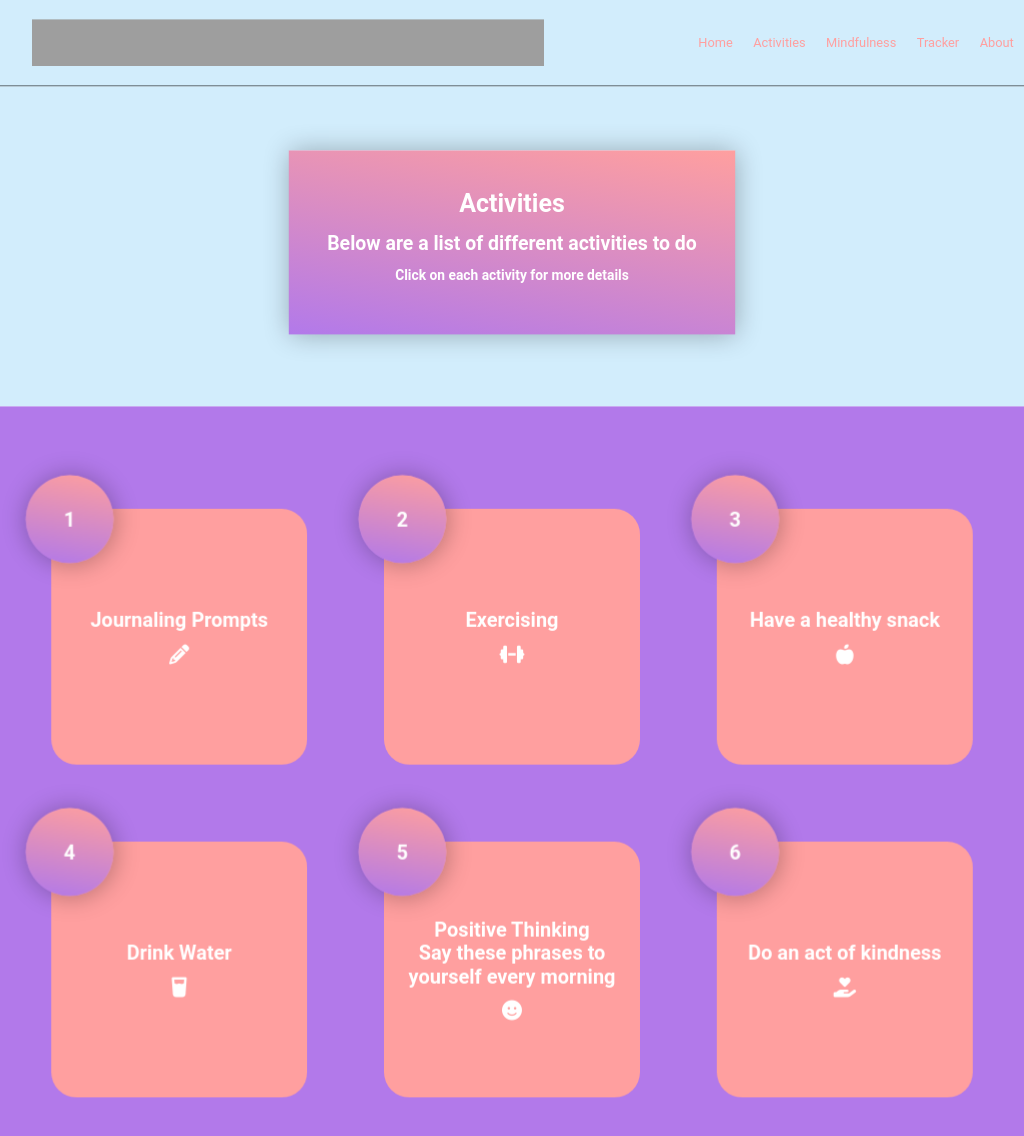
Repository: Nafisa-Huda/HealthierMind
Page: public/activities.html
These files come from the project's save history. The page is drawn as it stood at one moment and after the next save; the edit follows.
The browser window is 1280 px wide. The pictures show the whole page, at 80% of full size.
Pictures or frames that could not be fetched are drawn as grey boxes. Some web libraries are served in a nearby version.

Above is the page before, as saved 2022-07-13 15:10:57.

After the next save:
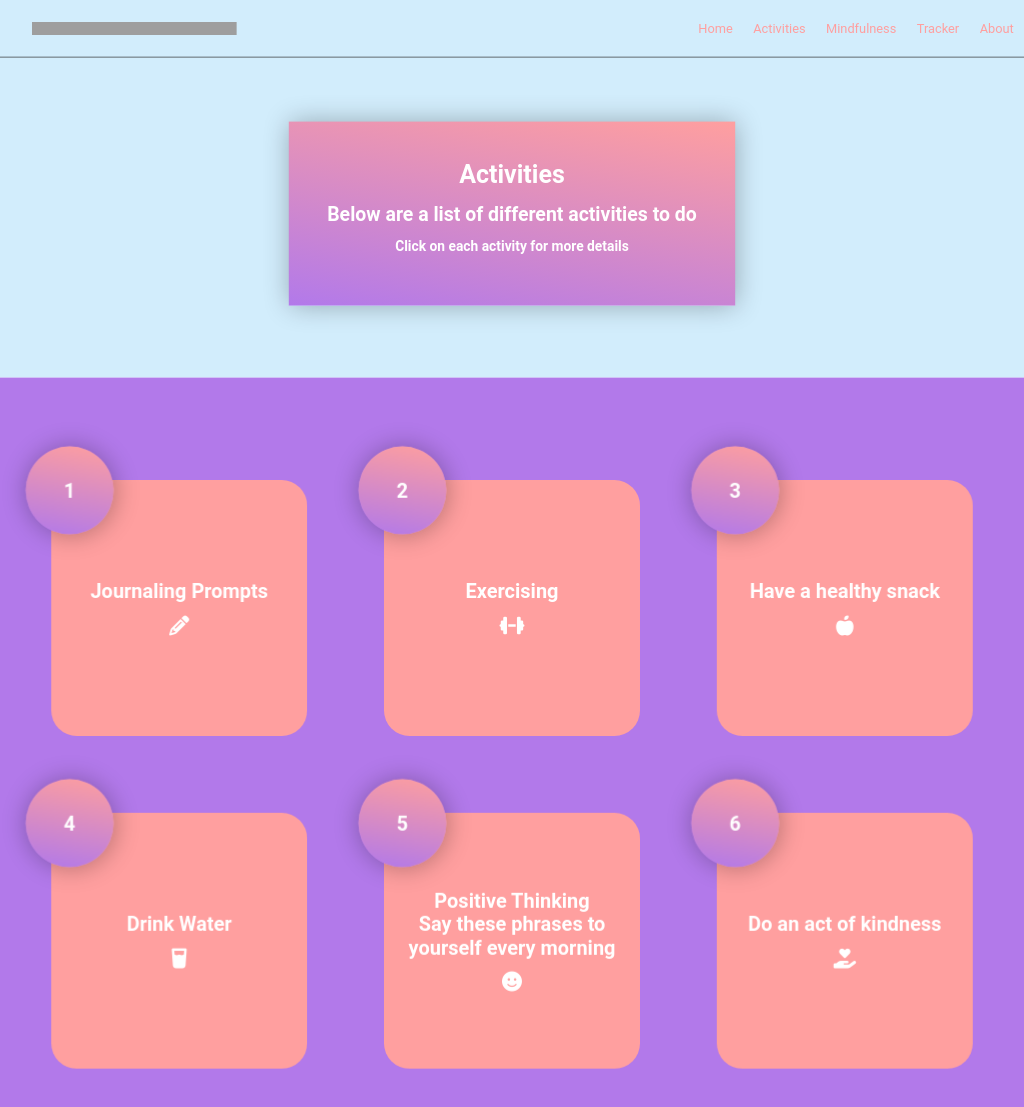
Saved 6 s later.
--- a/public/style.css
+++ b/public/style.css
@@ -42,7 +42,7 @@ header{
 
 .container {
   width: 100vw;
-  height: 15vh;
+  height: 10vh;
   margin: 0 auto;
   border-bottom: 0.1rem solid black;
 }
@@ -84,8 +84,8 @@ header{
 }
 
 .logo {
-  width: 50%;
-  height: 55%;
+  width: 20%;
+  height: 25%;
   margin-left: 2.5rem;
   margin-right: 3.5rem;
 }
